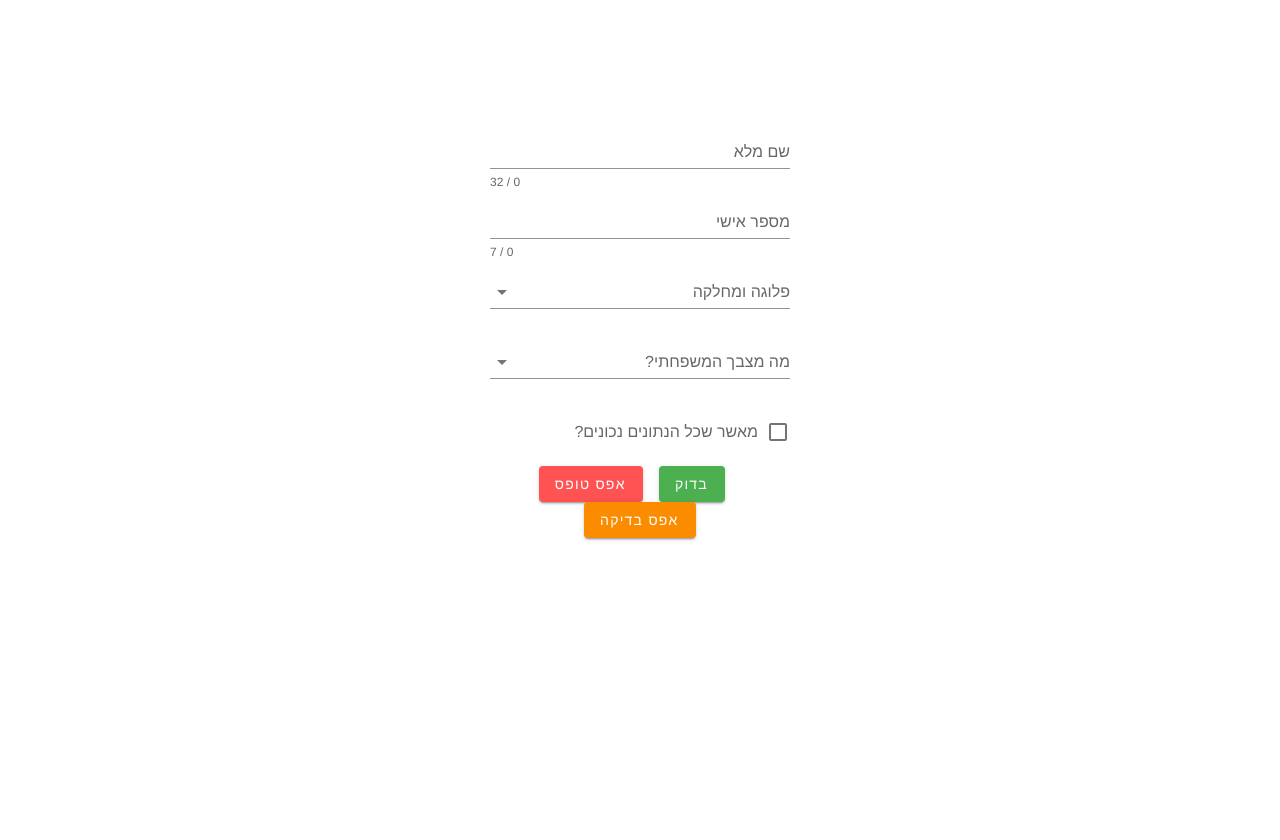
Repository: Natanhel/klitat-tash
Page: /
An editor plug-in stored every save of this project. The page is shown before and after the next save, followed by the edit.
The browser window is 1280 px wide. The pictures show the whole page.
The page's requests for data from a server got no answer. The project was rebuilt for these pictures with package versions that can differ from the ones it lists, and the page was loaded fresh each time. No one was signed in, and anything a server would have sent is missing. Also part of the build but not shown: vue.config.js.

Above is the page before, as saved 2020-12-01 17:05:50.

### src/App.vue
<template>
  <div id="app">
    <v-app>
      <v-form
        ref="form"
        v-model="valid"
        lazy-validation
      >
        <v-text-field
          v-model="name"
          :counter="32"
          :rules="nameRules"
          label="שם מלא"
          required
        ></v-text-field>

        <v-text-field
          v-model="pernr"
          :counter="7"
          :rules="pernrRules"
          label="מספר אישי"
          required
        ></v-text-field>

        <v-select
          v-model="select"
          :items="items"
          :rules="[v => !!v || 'נדרש להזין פלוגה ומחלקה']"
          label="פלוגה ומחלקה"
          required
        ></v-select>

        <v-select
          v-model="select"
          :items="familyItems"
          :rules="[v => !!v || 'נדרש להזין מצב משפחתי']"
          label="מה מצבך המשפחתי?"
          required
        ></v-select>

        <v-checkbox
          v-model="checkbox"
          :rules="[v => !!v || 'עליך לאשר על מנת להמשיך!']"
          label="מאשר שכל הנתונים נכונים?"
          required
        ></v-checkbox>

        <v-btn
          :disabled="!valid"
          color="success"
          class="mr-4"
          @click="validate"
        >
          בדוק
        </v-btn>

        <v-btn
          color="error"
          class="mr-4"
          @click="reset"
        >
          אפס טופס
        </v-btn>

        <v-btn
          color="warning"
          @click="resetValidation"
        >
          אפס בדיקה
        </v-btn>
      </v-form>
    </v-app>
  </div>
</template>

<script>
import axios from 'axios';

export default {
  name: 'App',
  mounted(){
    // login
    const data = JSON.stringify({"password":"passward","email":"natanhelp@gmail.com"});

    const config = {
      method: 'post',
      url: 'https://nat-task-manager.herokuapp.com/users/login',
      headers: {
        'Content-Type': 'application/json'
      },
      data : data
    };

    axios(config)
      .then((response) => {
        console.log(JSON.stringify(response.data));
      })
      .catch((error) => {
        console.log(error);
      })
  },

  data: () => ({
    valid: true,
    name: '',
    nameRules: [
      v => !!v || 'נדרש להזין שם',
      v => !(v && v.length <= 4) || 'על השם להיות ארוך מ-4 תווים',
    ],
    pernr: '',
    pernrRules: [
      v => !!v || 'נדרש להזין מספר אישי',
      v => !(v.length !== 7) || 'על המספר להיות בדיוק 7 תווים'
    ],
    select: null,
    items: [
      'ו1',
      'ו2',
      'ו3',
      'ו4',
      'ו5',
    ],
    familyItems: [
      'רווק\\ה',
      'נשוי\\ה',
      'גרוש\\ה'
    ],
    checkbox: false,
  }),
  methods: {
    validate () {
      this.$refs.form.validate()
    },
    reset () {
      this.$refs.form.reset()
    },
    resetValidation () {
      this.$refs.form.resetValidation()
    },
  },
}
</script>

<style>
#app {
  font-family: Avenir, Helvetica, Arial, sans-serif;
  -webkit-font-smoothing: antialiased;
  -moz-osx-font-smoothing: grayscale;
  text-align: center;
  color: #2c3e50;
  margin-top: 60px;
}

form
{
  width: 300px;
}

#app
{
  display: flex;
  align-items: center;
  justify-content: center;
}
</style>

### src/plugins/vuetify.js
import Vue from 'vue';
import Vuetify from 'vuetify/lib';

Vue.use(Vuetify);

export default new Vuetify({
    rtl: true,
});

Loaded but not shown: public/index.html (common file); src/main.js (common file)

After the next save:
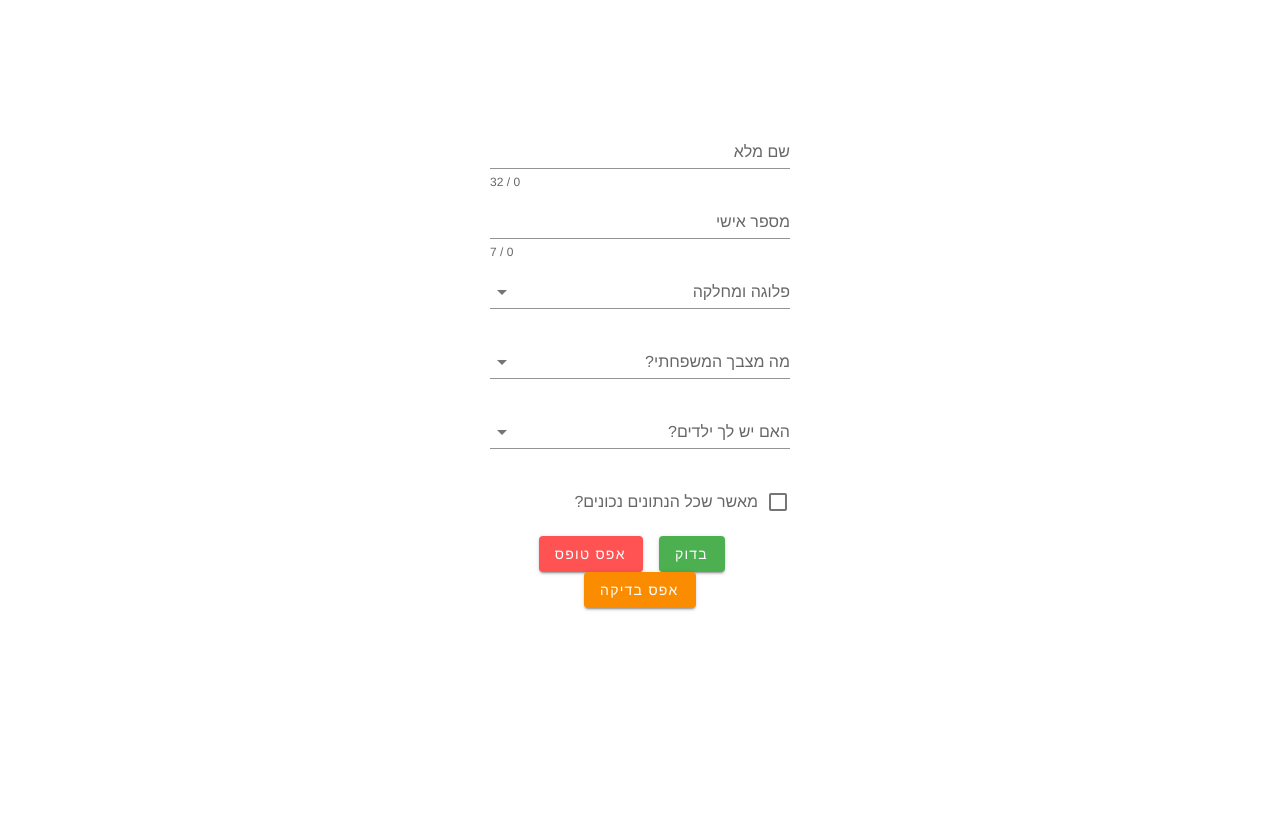
Saved 49 s later.
--- a/src/App.vue
+++ b/src/App.vue
@@ -35,6 +35,14 @@
           :items="familyItems"
           :rules="[v => !!v || 'נדרש להזין מצב משפחתי']"
           label="מה מצבך המשפחתי?"
+          required
+        ></v-select>
+
+        <v-select
+          v-model="select"
+          :items="haveKidsItems"
+          :rules="[v => !!v || 'נדרש להזין']"
+          label="האם יש לך ילדים?"
           required
         ></v-select>
 
